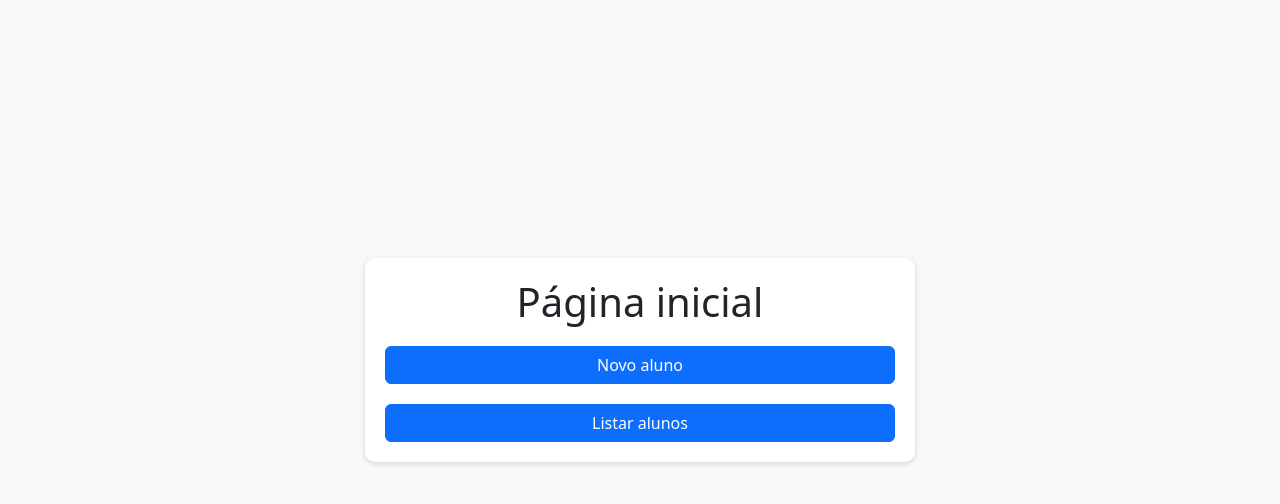
Repository: juliatbarbosa/CRUD-ALUNOS
Page: http://localhost/OlaMundo/alunos/cadastro/index.jsp
These files come from the project's save history. The page is drawn as it stood at one moment and after the next save; the edit follows.
The browser window is 1280 px wide. The pictures show the whole page.
The page is served by Tomcat 9.

Above is the page before, as saved 2024-09-29 21:58:09.

After the next save:
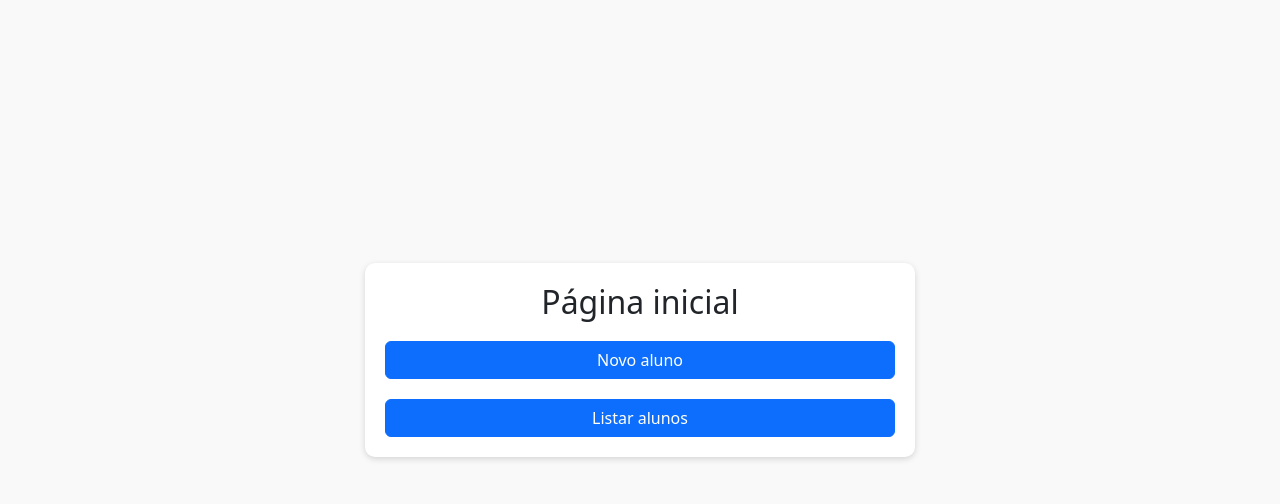
Saved 12 s later.
--- a/OlaMundo/src/main/webapp/alunos/cadastro/index.jsp
+++ b/OlaMundo/src/main/webapp/alunos/cadastro/index.jsp
@@ -32,6 +32,7 @@ body {
 	h1 {
 	margin-bottom:20px;
 	text-align: center;
+	font-size: 32px;
 	}
 
 
